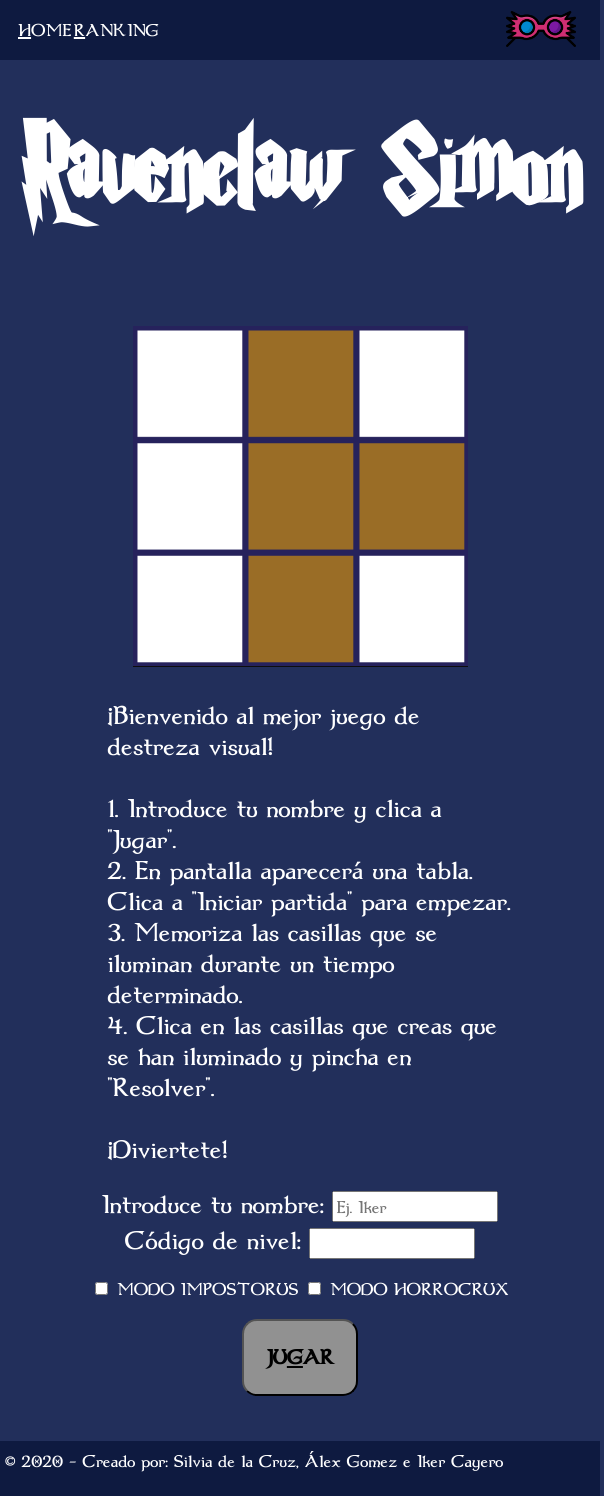
Repository: alexgomezdev/RavenclawSimon
Page: http://localhost/
These files come from the project's save history. The page is drawn as it stood at one moment and after the next save; the edit follows.
The browser window is 600 px wide. The page is 604 px wide, so the pictures cover 604 px, including what lies to the right of the window. The pictures show the whole page.
Some web libraries are served in a nearby version. The page is run by PHP 8.4 with error messages shown; the project is at /var/www/html/.

Above is the page before, as saved 2020-11-10 20:25:46.

### index.php
<!DOCTYPE html>
<html>
<?php
session_start();
?>
<head>
    <meta charset="UTF-8">
    <meta name="viewport" content="width=device-width, initial-scale=1.0">
    <title>Ravenclaw Simon</title>
    <link rel="stylesheet" href="templates/general.css">
    <link rel="stylesheet" href="templates/index.css">
    <script src="https://kit.fontawesome.com/74ec47558a.js" crossorigin="anonymous"></script>
    <audio id="start" src="templates/assets/audio/Harry potter.mp3" autoplay></audio>
    <script src="js/colorblind_home.js"></script>
</head>
<body id="body" <?php if (isset($_SESSION['colorblind-data']) && $_SESSION['colorblind-data'] == "True") {
            echo "class = 'body-blindcolor'";
        } else {
            echo "class = 'body'";
        } ?>>
    <header id="header" <?php if (isset($_SESSION['colorblind-data']) && $_SESSION['colorblind-data'] == "True") {
            echo "class = 'header-blindcolor'";
        } else {
            echo "class = 'header'";
        } ?>>
        <div id="home_link_div">
            <a href="index.php" id="home_link" accesskey="h"><underline class='accesskey'>H</underline>OME</a>
        </div>
        <div id="ranking_link_div">
            <a href="ranking.php" id="ranking_link" accesskey="r"><underline class='accesskey'>R</underline>ANKING</a>
        </div>
        <div class="colorblind_button_div" title="MODO DALTÓNICO" onclick="click_colorblind()">
            <img src="templates/assets/icono_daltonico.png" alt="Modo daltónico" id="colorblind_icon">
        </div>
    </header>
    <main>
        <div id="title">
            <h1>Ravenclaw Simon</h1>
        </div>
        <div class="container">
            <div id="img_home_div">
                <img src="templates/assets/home_img.png" alt="Simon Game">
            </div>
            <div id="manual">
                <p id="manual_paragraph">
                    ¡Bienvenido al mejor juego de destreza visual!
                    <br>
                    <br>
                    1. Introduce tu nombre y clica a "Jugar".
                    <br>
                    2. En pantalla aparecerá una tabla. Clica a "Iniciar partida" para empezar.
                    <br>
                    3. Memoriza las casillas que se iluminan durante un tiempo determinado.
                    <br>
                    4. Clica en las casillas que creas que se han iluminado y pincha en "Resolver".
                    <br>
                    <br>
                    ¡Diviertete!
                </p>
            </div>
        </div>
        <form method="POST" action="start.php">
            <div id="name_introduction">
                <?php
                if (isset($_SESSION['user'])) {
                    echo "<label for='username'>Introduce tu nombre: </label><input type='text' id='username' name='username' placeholder='Ej. Iker' value='" . $_SESSION['user'] . "' required oninvalid='this.setCustomValidity(\"Introduce un nombre\")' onchange='this.setCustomValidity(\"\")'>";
                } else {
                    echo '<label for="username">Introduce tu nombre: </label><input type="text" id="username" name="username" placeholder="Ej. Iker" required oninvalid="this.setCustomValidity(\'Introduce un nombre\')" onchange="this.setCustomValidity(\'\')">';
                }
                ?>
            </div>
            <input type="hidden" id="colorblind_data" name="colorblind_data" value="False">
            <div id="level_introduction">
                <label for="username">Código de nivel: </label><input type="text" id="level" name="level" />
            </div>
            <div id="games_type">
                <input type="checkbox" class="checkbox" id="lier" name="lier">
                <label for="lier" title="Modo mentiroso">MODO IMPOSTORUS</label>
                <input type="checkbox" class="checkbox" id="survive" name="survive">
                <label for="survive" title="Modo supervivencia">MODO HORROCRUX</label>
            </div>
            <div id="button_div">
                <button id="button_play" accesskey="g">
                    <h3>JU<underline class='accesskey'>G</underline>AR</h3>
                </button>
            </div>
        </form>
    </main>
    <footer id="footer" <?php if (isset($_SESSION['colorblind-data']) && $_SESSION['colorblind-data'] == "True") {
            echo "class = 'footer-blindcolor'";
        } else {
            echo "class = 'footer'";
        } ?>>
        <div id="footer_content">
            &#0169 2020 - Creado por: Silvia de la Cruz, Álex Gomez e Iker Cayero
        </div>
    </footer>
</body>
</html>

### templates/general.css
@font-face {
  font-family: "Harry_Potter";
  src: url("../templates/typography/HARRYP.TTF") format("truetype");
}

@font-face {
  font-family: "Dumbledore";
  src: url("../templates/typography/dumbledor.1.ttf") format("truetype");
}

html {
  min-height: 100%;
  position: relative;
}

body {
  font-family: "Dumbledore";
  background-color: #222f5b;
}

.body-blindcolor {
  background-color: #6c1ab2;
}

header {
  background-color: #0e1a40;
  top: 0;
  left: 0;
  position: fixed;
  width: 100%;
  height: 60px;
  display: flex;
}

.header-blindcolor {
  background-color: #2d044c;
}

#home_link_div {
  float: left;
  margin-left: 3%;
  padding-top: 9px;
  text-align: center;
  width: 10%;
  height: 100%;
  margin-right: none;
}

#home_link {
  display: flex;
  justify-content: center;
  align-items: center;
  color: #ffffff;
  font-size: 20px;
  text-decoration: none;
  width: min-content;
  height: 70%;
}

.colorblind_button_div {
  float: right;
  margin-right: 4%;
  width: 20%;
  text-align: center;
  height: 100%;
}

#colorblind_icon {
  float: right;
  justify-content: center;
  color: #ffffff;
  font-size: 20px;
  text-decoration: none;
  padding-top: 11px;
  height: 60%;
  cursor: pointer;
}

#title {
  color: #ffffff;
  font-family: "Harry_Potter";
  font-size: 60px;
  width: 100%;
  text-align: center;
  margin-top: 120px;
}

underline {
  text-decoration: underline;
}
main {
  width: 100%;
}

footer {
  color: #ffffff;
  background-color: #0e1a40;
  bottom: 0;
  left: 0;
  position: absolute;
  width: 100%;
  height: 3%;
  display: flex;
  padding-top: 10px;
  clear: both;
}

.footer-blindcolor {
  background-color: #2d044c;
}

#footer_content {
  margin-left: 5px;
  color: #ffffff;
  font-size: 20px;
  vertical-align: center;
  height: 60%;
}

@media (max-width: 617) {
  #home_link_div {
    width: 20%;
  }
}

### templates/index.css
#ranking_link_div {
  float: center;
  padding-top: 9px;
  text-align: center;
  width: 70%;
  height: 100%;
  margin-right: none;
}

#ranking_link {
  display: flex;
  align-items: center;
  color: #ffffff;
  font-size: 20px;
  text-decoration: none;
  height: 70%;
}

.container {
  margin-top: 5%;
  margin-right: 15%;
  margin-bottom: 3%;
  width: 100%;
}

#img_home_div {
  padding-top: 1%;
  text-align: right;
  width: 48%;
  height: 100%;
  margin-right: 2%;
  float: left;
}

#img_home_blindcolor_div {
  padding-top: 1%;
  text-align: right;
  width: 48%;
  height: 100%;
  margin-right: 2%;
  display: none;
}

#manual {
  color: #ffffff;
  width: 48%;
  height: 100%;
  margin-left: 2%;
  font-size: 30px;
  float: left;
}

#manual_paragraph {
  margin-bottom: 0px;
  margin-top: 10px;
  width: 70%;
}

#button_div {
  margin-top: 20px;
  margin-bottom: 100px;
  text-align: center;
  width: 100%;
}

#button_play {
  border-radius: 15px;
  background-color: #919191;
  font-family: "Dumbledore";
  font-size: 20px;
  width: 20%;
  height: 100%;
}

#button_play:hover {
  color: #5d5d5d;
  background-color: #ffffff;
}

#name_introduction {
  font-size: 30px;
  text-align: center;
  width: 100%;
  color: #ffffff;
}

#username {
  height: 25px;
  font-family: "Dumbledore";
  font-size: 20px;
}

#games_type {
  font-size: 20px;
  color: #ffffff;
  margin-top: 20px;
  text-align: center;
}

#level_introduction {
  font-size: 30px;
  text-align: center;
  width: 100%;
  color: #ffffff;
}

#level {
  margin-top: 1%;
  height: 25px;
  font-family: "Dumbledore";
  font-size: 20px;
}

.audio {
  display: flex;
  justify-content: center;
  align-items: center;
  margin-left: 70%;
}

i {
  color: white;
  font-size: 25px;
}

@media (max-width: 800px) {
  #img_home_div {
    width: 100%;
    text-align: center;
    margin-bottom: 5%;
  }
  #manual {
    width: 100%;
    margin-bottom: 4%;
  }
  #manual_paragraph {
    margin: 0 auto;
  }
}

@media (max-width: 617) {
  #manual {
    margin: 0 auto;
    text-align: justify;
  }
  #button_play {
    width: 30%;
  }
}

Loaded but not shown: js/colorblind_home.js (no copy from this time; the picture is the same without it)

After the next save:
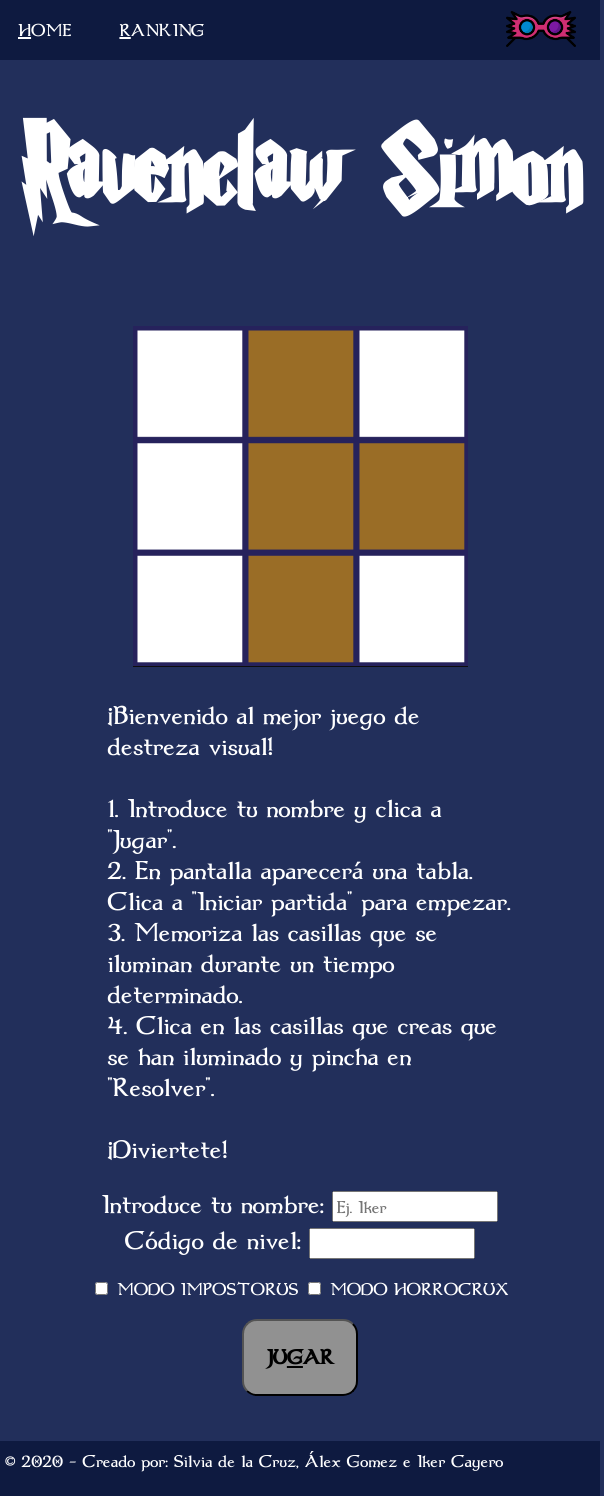
Saved 18 s later.
--- a/templates/general.css
+++ b/templates/general.css
@@ -117,7 +117,7 @@
   height: 60%;
 }
 
-@media (max-width: 617) {
+@media (max-width: 700px) {
   #home_link_div {
     width: 20%;
   }

After the save that followed:
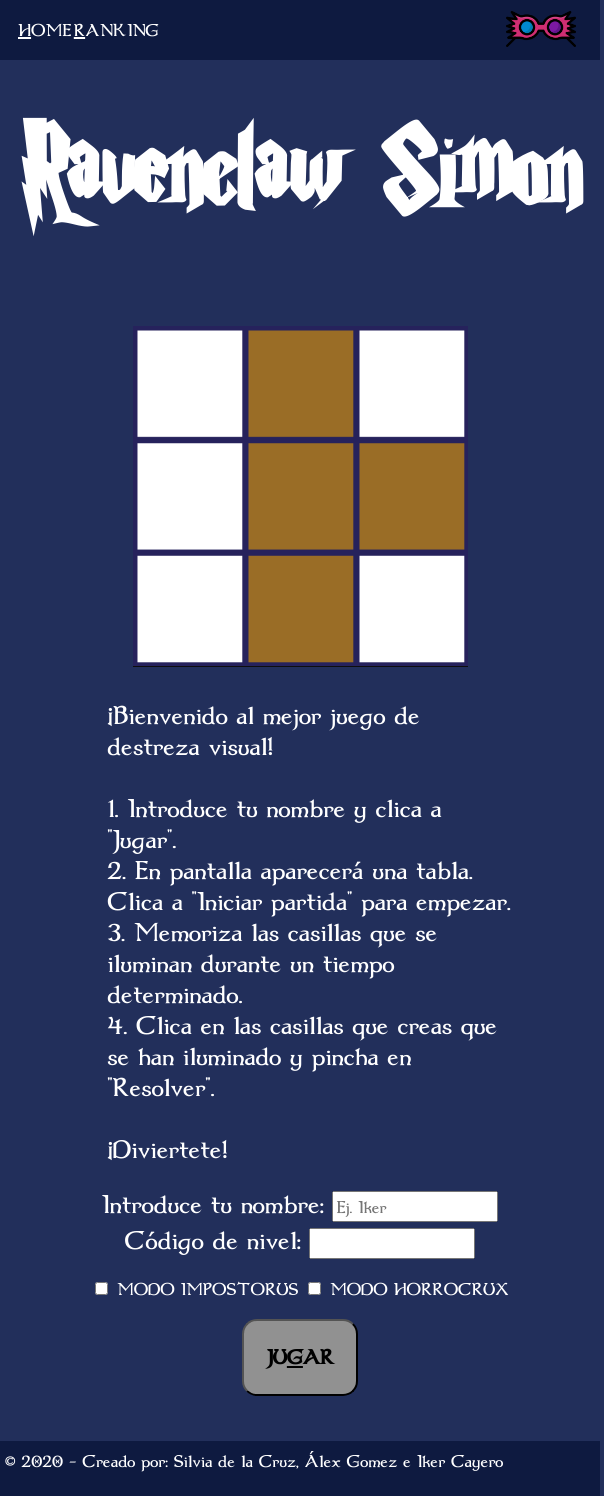
Saved 17 s later.
--- a/templates/general.css
+++ b/templates/general.css
@@ -119,6 +119,6 @@
 
 @media (max-width: 700px) {
   #home_link_div {
-    width: 20%;
+    width: 10%;
   }
 }
